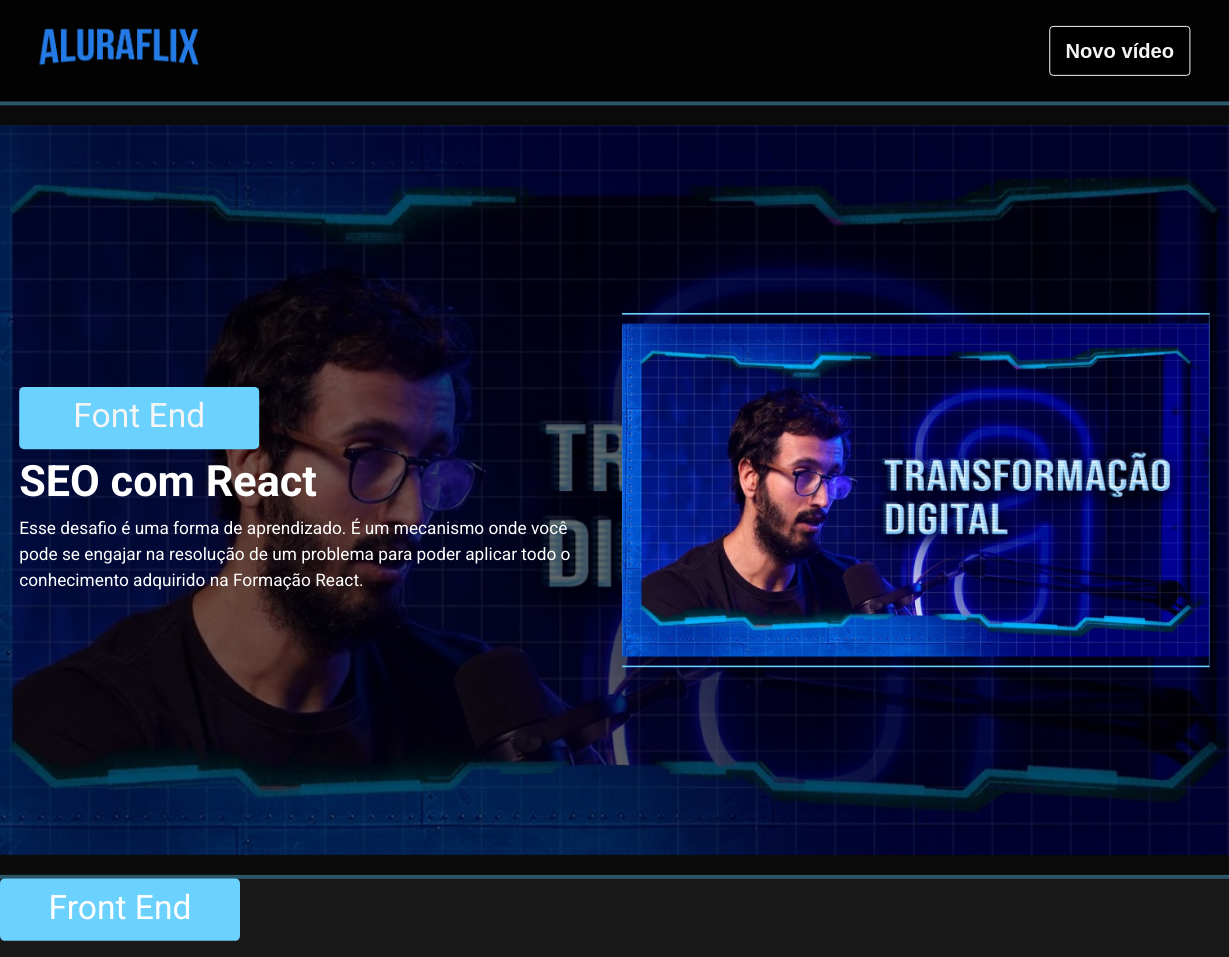
Repository: CarlosEduardoVdeOliveira/aluraflix
Page: /
The author's editor kept a copy of each file at every save. The page is drawn from the files as they stood at one save, then again after the next save.
The browser window is 1280 px wide. The pictures show the part of the page from y = 0 to 997 px (the page is 3726 px tall before and 3150 px after), at 96% of full size.
Pictures or frames that could not be fetched are drawn as grey boxes. The project was rebuilt for these pictures with package versions that can differ from the ones it lists, and the page was loaded fresh each time. Also part of the build but not shown: vite.config.js, src/components/Input/Input.module.css, src/components/Input/index.jsx, src/components/TextArea/TextArea.module.css, src/components/TextArea/index.jsx, src/pages/RegisterVideo/Register.module.css, src/pages/RegisterVideo/index.jsx, src/components/Table/Table.module.css and 3 more.

Above is the page before, as saved 2023-09-26 10:32:39.

After the next save:
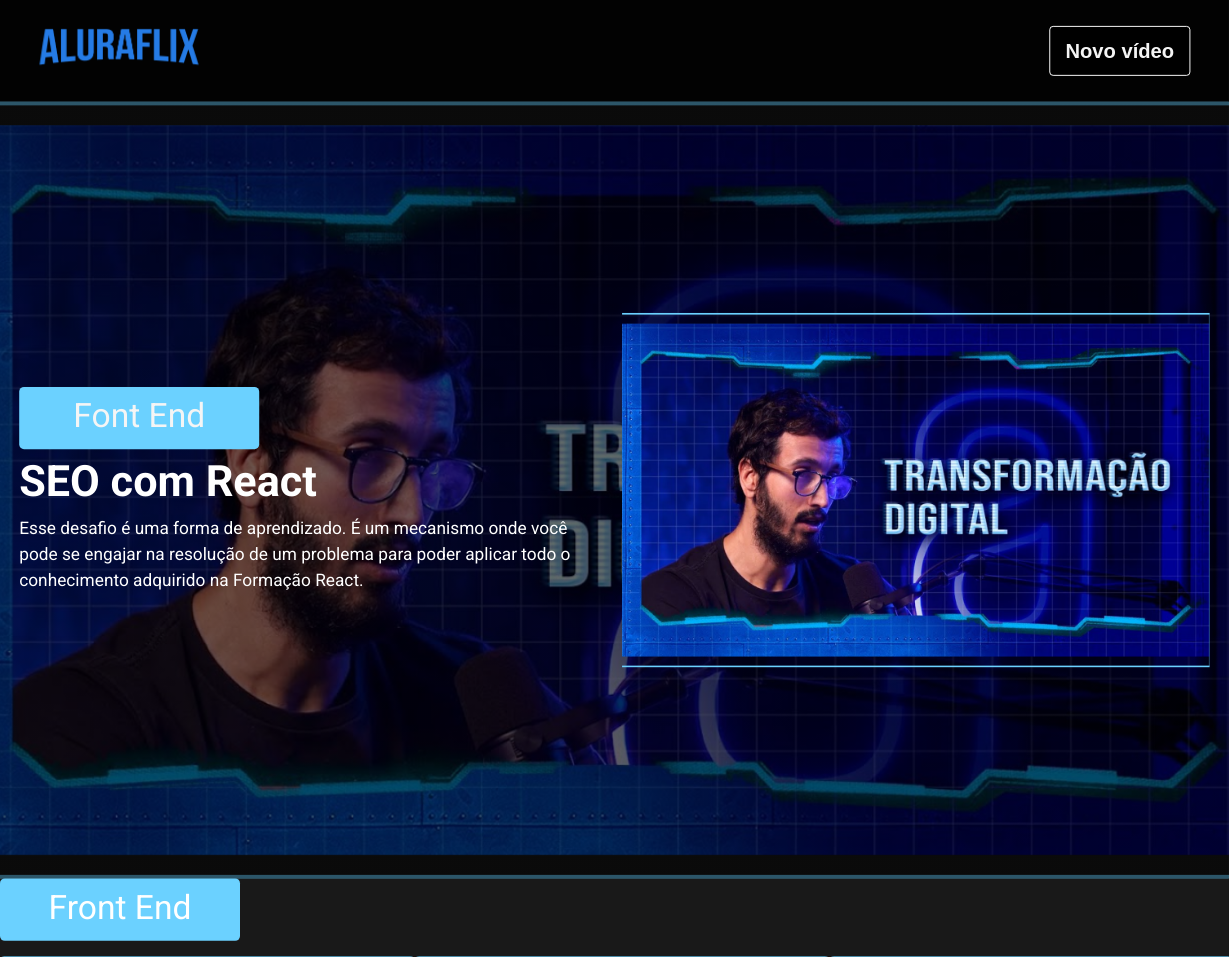
Saved 8 s later.
--- a/src/components/Category/Category.module.css
+++ b/src/components/Category/Category.module.css
@@ -2,7 +2,7 @@
   display: flex;
   flex-direction: column;
   overflow: none;
-  gap: 5rem;
+  gap: 1rem;
 }
 .videos{
   display: flex;
